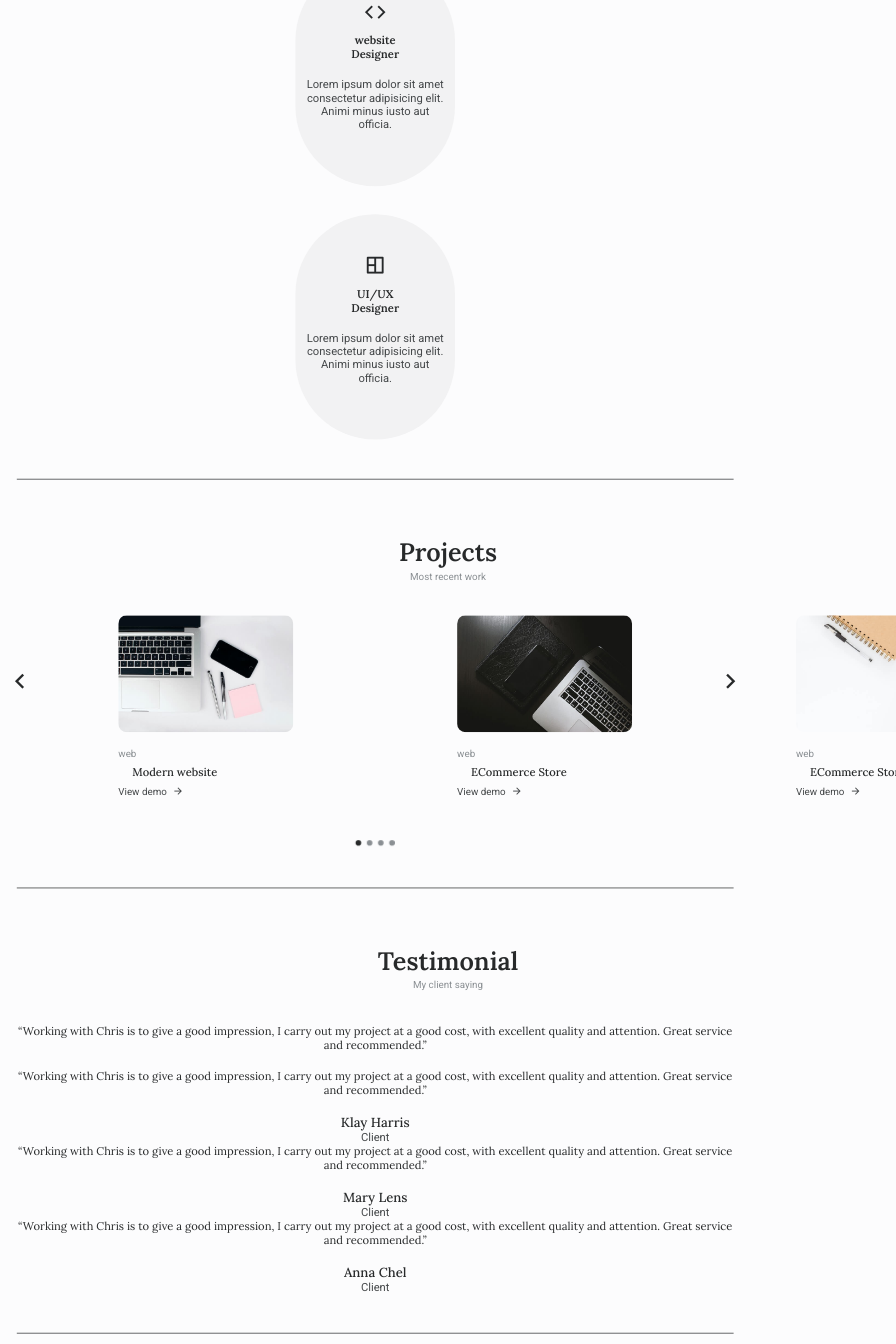
Repository: hnguyeng/myportfoliohongnguyen
Page: index.html
These files come from the project's save history. The page is drawn as it stood at one moment and after the next save; the edit follows.
The browser window is 1280 px wide. The pictures show the part of the page from y = 4580 to 6500 px (the page is 6525 px tall before and 6461 px after), at 70% of full size.
Some web libraries are served in a nearby version.

Above is the page before, as saved 2023-07-20 22:56:22.

After the next save:
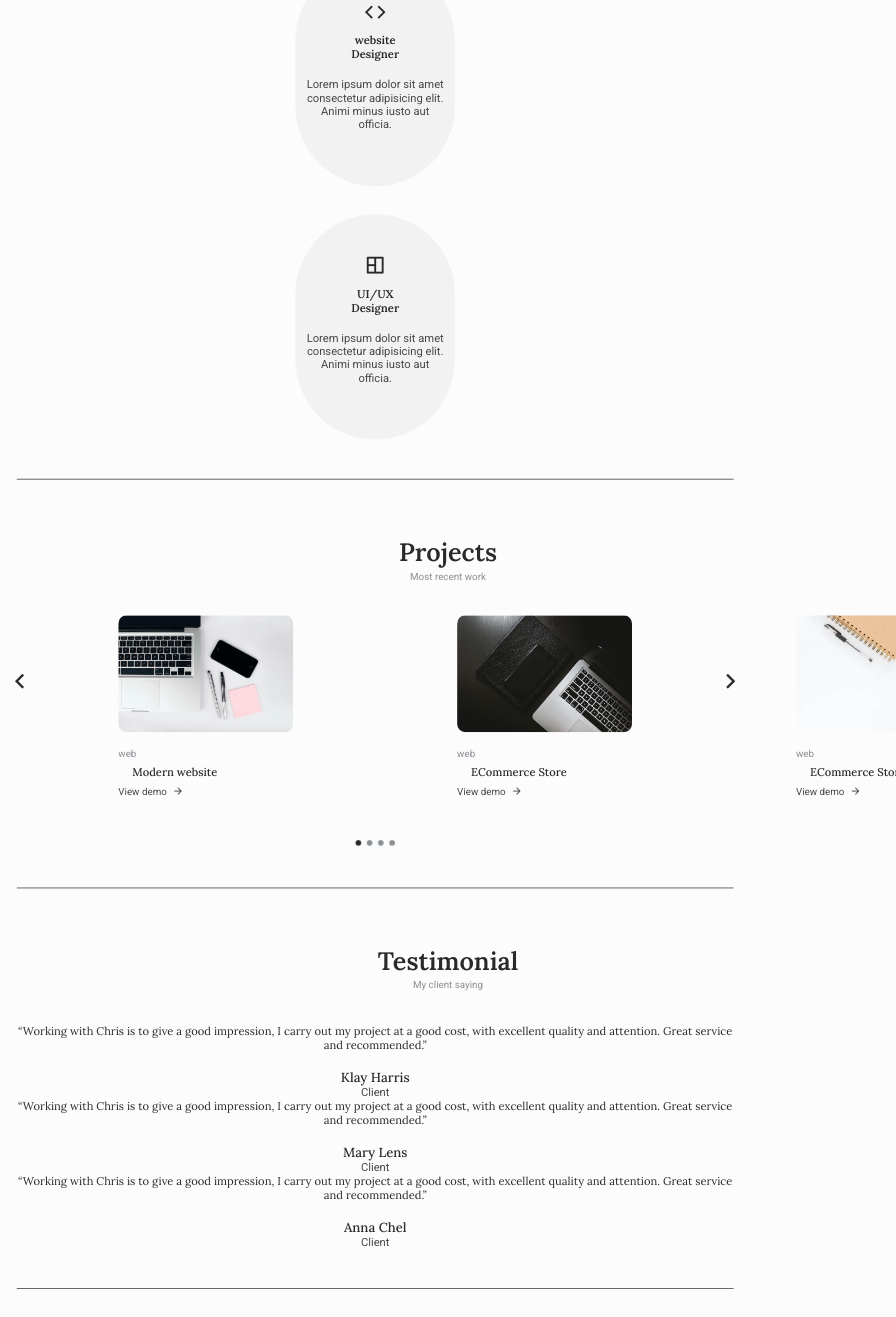
Saved 89 s later.
--- a/index.html
+++ b/index.html
@@ -450,19 +450,6 @@
                             </p>
 
                             <div>
-                                <h3 class="testimonial__name"></h3>
-                                <span class="testimonoial__subtitle"></span>
-                            </div>
-                        <!-- ===============TESTIMONIAL 1 ============== -->
-                        <div class="testimonial__content">
-                            <p class="testimonial__description">
-                                “Working with Chris is to give a good
-                                impression, I carry out my project at a good
-                                cost, with excellent quality and attention.
-                                Great service and recommended.”
-                            </p>
-
-                            <div>
                                 <h3 class="testimonial__name">Klay Harris</h3>
                                 <span class="testimonoial__subtitle">Client</span>
                             </div>
